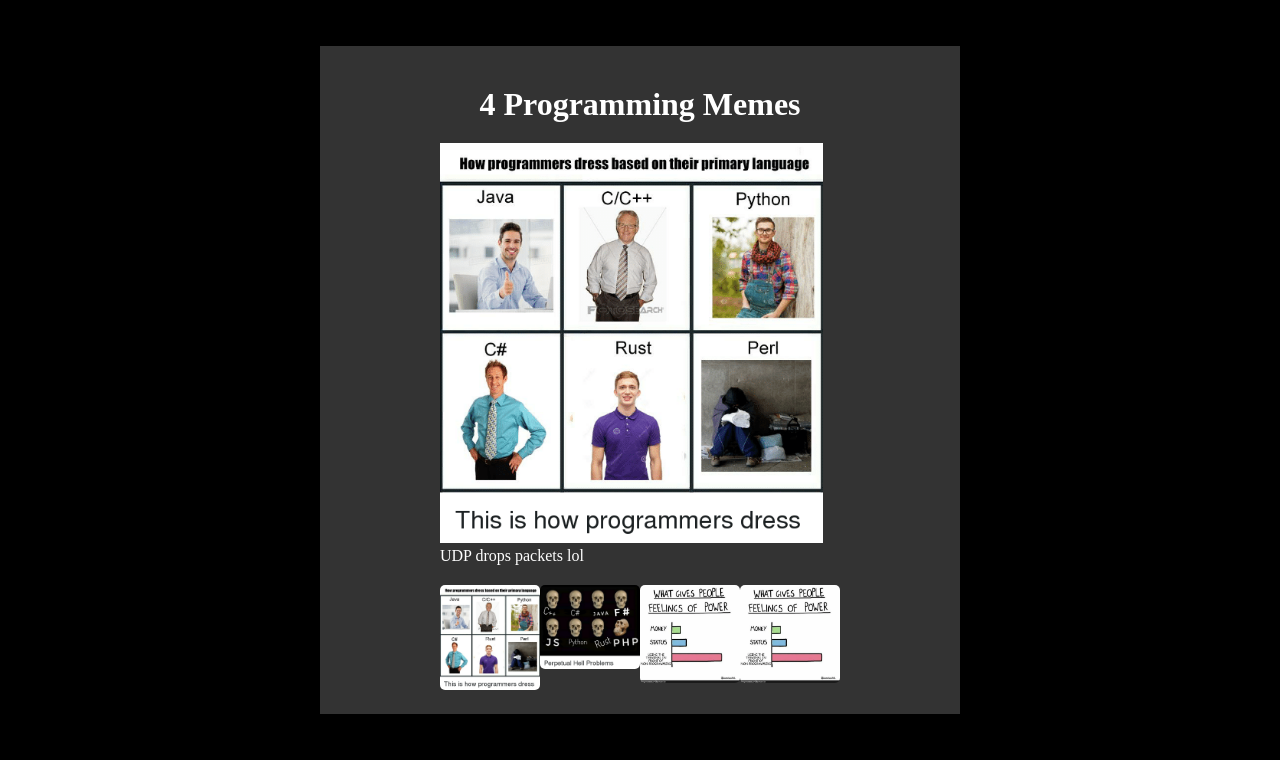
Repository: apopheny/JS230
Page: slideshow/index.html
An editor plug-in stored every save of this project. The page is shown before and after the next save, followed by the edit.
The browser window is 1280 px wide. The pictures show the whole page.

Above is the page before, as saved 2024-02-05 14:20:02.
Console error: ReferenceError: func is not defined

After the next save:
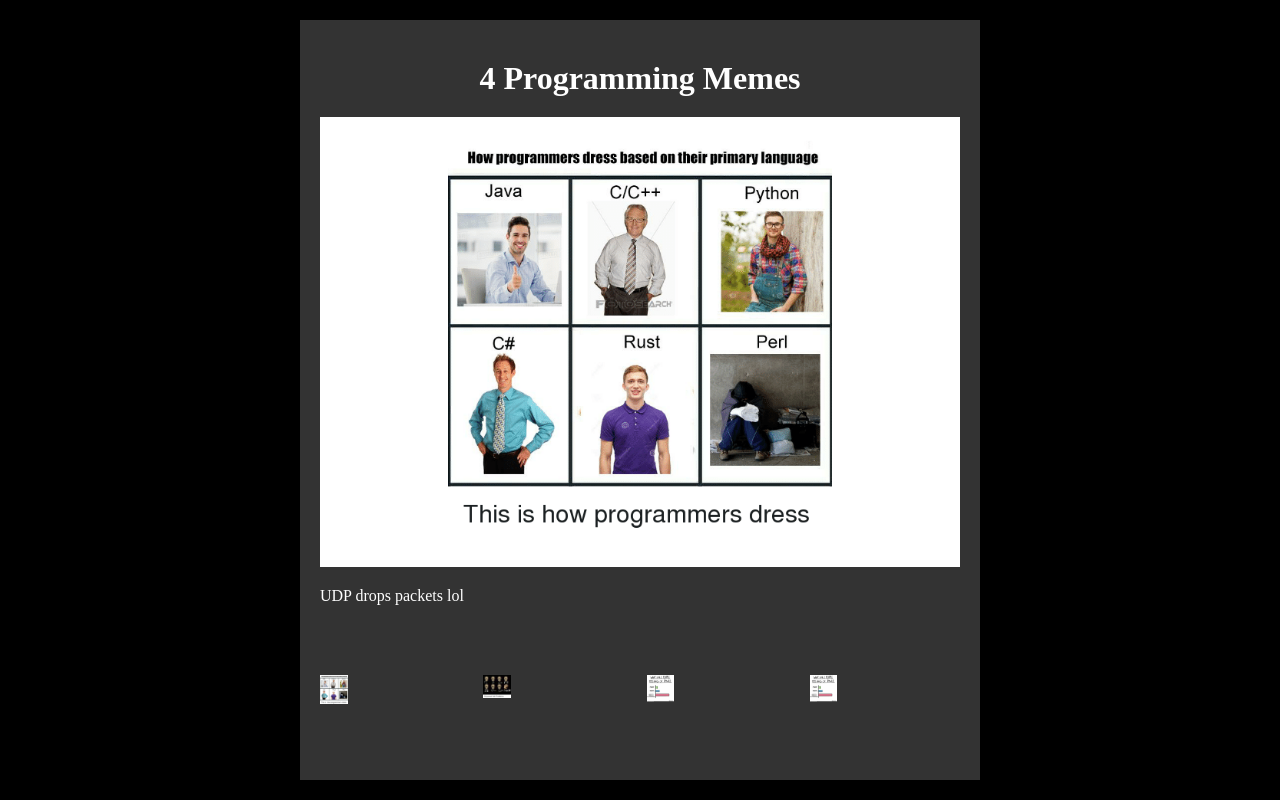
Saved 10 s later.
--- a/slideshow/stylesheets/slideshow.css
+++ b/slideshow/stylesheets/slideshow.css
@@ -13,43 +13,52 @@
   flex-direction: column;
   align-items: center;
   width: 90%; /* Make it responsive to the viewport width */
-  max-width: 600px; /* Adjust the max-width to control the overall size */
+  max-width: 50vw; /* Set a max-width to prevent it from becoming too large */
+  min-height: 100vh; /* Minimum height to take up more viewport space */
   background-color: #333;
   padding: 20px;
   box-shadow: 0 0 10px rgba(0, 0, 0, 0.5);
 }
 
 .slideshow h1 {
-  color: #fff;
-  text-align: center;
-  font-size: 2em; /* Adjust the font size as needed */
-  margin: 20px 0; /* Add some margin to separate from content */
+  text-align: center; /* Center the text horizontally */
+  font-size: 2em; /* Increase the font size */
+  color: #fff; /* Change the color to white or any color you prefer */
+  margin: 0 auto; /* Center the heading and remove default margin */
+  padding: 20px 0; /* Add some padding above and below the heading */
+}
+
+div.loadedPicture {
+  width: 100%; /* Ensure it takes the full width of its container */
+  background-color: #fff; /* White background for the image */
+  display: flex; /* Use flex to center the image */
+  justify-content: center; /* Center the image horizontally */
+  padding: 20px; /* Add some padding around the image */
+  margin-bottom: 20px;
+  box-sizing: border-box; /* Include padding in width calculation */
 }
 
 .loadedPicture img {
-  max-width: 100%; /* Ensure images don't overflow their container */
-  max-height: 400px; /* Adjust max height as needed */
+  max-width: 100%; /* Ensure image does not overflow its container */
+  max-height: 400px; /* Adjust based on your preference */
+  margin-bottom: 10px; /* Space between image and caption */
 }
 
 #captionText {
   color: #fff;
-  margin-top: 10px; /* Adjust spacing above the caption */
+  padding-top: 20px; /* Space between caption and gallery */
+  margin-bottom: 20px; /* Space between caption and gallery */
 }
 
 .image-gallery {
+  padding-top: 70px;
   display: flex;
   flex-wrap: wrap;
-  justify-content: space-around; /* Space out thumbnails evenly */
-  margin-top: 20px; /* Adjust spacing above the gallery */
+  justify-content: space-between;
+  width: 100%;
 }
 
-.image-thumbnail a {
-  display: block;
-  margin: 5px; /* Adjust spacing around thumbnails */
+.image-thumbnail {
+  width: calc(25% - 10px); /* Four images per row, adjust margin */
+  margin-bottom: 10px; /* Space between rows of images */
 }
-
-.image-thumbnail img {
-  width: 100px; /* Adjust thumbnail size */
-  height: auto; /* Maintain aspect ratio */
-  border-radius: 5px; /* Optional: rounded corners for thumbnails */
-}
